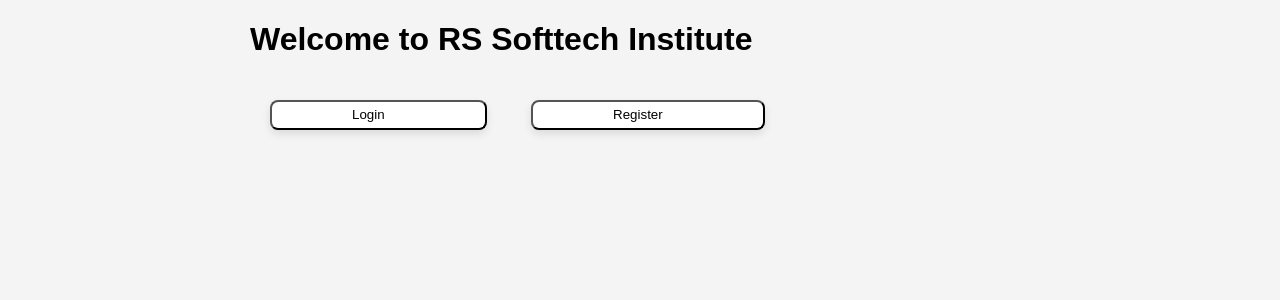
Repository: kkale14/My_allpr
Page: Kalyani1/src/main/webapp/Newpage.html
These files come from the project's save history. The page is drawn as it stood at one moment and after the next save; the edit follows.
The browser window is 1280 px wide. The pictures show the whole page.

Above is the page before, as saved 2025-03-03 08:37:15.

### Kalyani1/src/main/webapp/Newpage.html
<!DOCTYPE html>
<html>
<head>
<meta charset="UTF-8">
<title>Insert title here</title>
</head>
<body>

 <style>
        body {
            font-family: Arial, sans-serif;
            background-color: #f4f4f4;
             margin-left: 250px;
            padding: 0px;
        }
        h2 {
            text-align: center;
            color: #333;
        }
        .container{
          width: auto;
          height:30px;
          text-align:center;
            margin: 20px;
            padding-left: 80px;
            padding-right:100px;
            background-color: white;
            border-radius: 8px;
            box-shadow: 0 4px 8px rgba(0, 0, 0, 0.1);
        }

        </style>
<h1> Welcome to RS Softtech Institute </h1>
<label for="student"></label>
 <button  class ="container" type="submit" value="Submit">Login</button>
 <button class= "container" type="submit" value="Submit">Register</button>



</body>
</html>

After the next save:
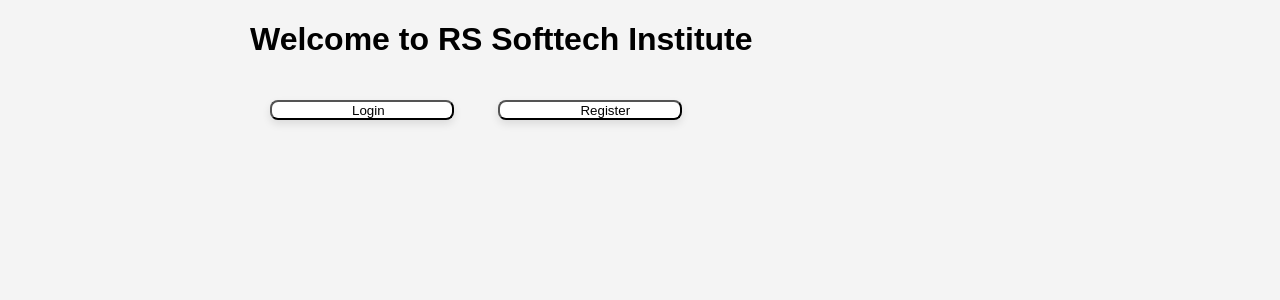
Saved 28 s later.
--- a/Kalyani1/src/main/webapp/Newpage.html
+++ b/Kalyani1/src/main/webapp/Newpage.html
@@ -18,8 +18,8 @@
             color: #333;
         }
         .container{
-          width: auto;
-          height:30px;
+          width: 0;
+          height:20px;
           text-align:center;
             margin: 20px;
             padding-left: 80px;
